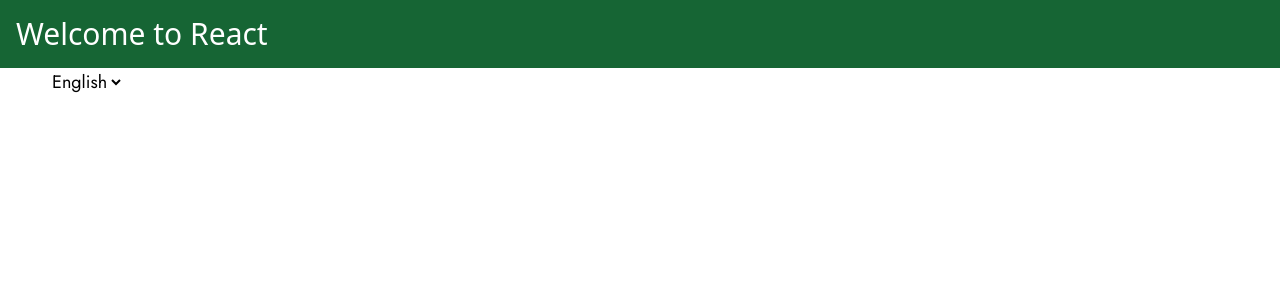
Repository: SaadYasin/react-internationalization
Page: /
An editor plug-in stored every save of this project. The page is shown before and after the next save, followed by the edit.
The browser window is 1280 px wide. The pictures show the whole page.
The project was rebuilt for these pictures with package versions that can differ from the ones it lists, and the page was loaded fresh each time. Also part of the build but not shown: vite.config.js.

Above is the page before, as saved 2024-07-19 14:20:49.

### index.html
<!doctype html>
<html lang="en">
  <head>
    <meta charset="UTF-8" />
    <link rel="icon" type="image/svg+xml" href="/vite.svg" />
    <meta name="viewport" content="width=device-width, initial-scale=1.0" />
    <title>Vite + React</title>

    <!-- FONTS -->
    <link rel="preconnect" href="https://fonts.googleapis.com">
    <link rel="preconnect" href="https://fonts.gstatic.com" crossorigin>
    <link
      href="https://fonts.googleapis.com/css2?family=Jost:ital,wght@0,100..900;1,100..900&family=Poppins:ital,wght@0,100;0,200;0,300;0,400;0,500;0,600;0,700;0,800;0,900;1,100;1,200;1,300;1,400;1,500;1,600;1,700;1,800;1,900&display=swap"
      rel="stylesheet">

  </head>
  <body>
    <div id="root"></div>
    <script type="module" src="/src/main.jsx"></script>
  </body>
</html>

### src/App.jsx
/* eslint-disable no-unused-vars */
import React, { useEffect,useState } from "react";
import i18next from '../src/utils/i18next';
import { i18n } from '../src/utils/i18next';
import { useTranslation } from 'react-i18next'
import Cookies from "js-cookie";
function App() {
  const [locale, setLocale] = useState(i18n.language);

  i18n.on("languageChanged", (lng) => {
    setLocale(i18n.language);
  })

  const handleChange = (e) => {
    i18n.changeLanguage(e.target.value);
  }
  const { t } = useTranslation();

  const lng = Cookies.get("i18next") || "en";

  useEffect(() => {
    window.document.dir = i18next.dir();
  }, [lng]);

  return (
    <>
      <div>
        <h2 className="text-3xl text-start text-white p-4 bg-green-800">
          {t("Welcome to React")}
        </h2>

        {/* Language selection */}
        <div>
          {/* <label>Locale Change</label> */}
          <select
            value={locale}
            onChange={handleChange}
            className="bg-white text-[18px] font-secondary xl:ml-12 cursor-pointer"
          >
            <option
              value="en"
              className="text-[18px] text-primary font-secondary hover:text-primary-hover"
            >
              English
            </option>

            <option
              value="ar"
              className="text-[18px] text-primary font-secondary hover:text-primary-hover"
            >
              Arabic
            </option>
          </select>
        </div>

        {/* <div className="flex justify-center gap-4 mt-10">
          <button
            onClick={() => i18next.changeLanguage("en")}
            className="text-[18px] bg-slate-800 text-white px-4 py-2 rounded-lg">English</button>


          <button
            onClick={() => i18next.changeLanguage("ar")}
            className="text-[18px] bg-slate-800 text-white px-4 py-2 rounded-lg">Arabic</button>

        </div> */}
      </div>
    </>
  );
}

export default App;

### src/index.css
@import url('https://fonts.googleapis.com/css2?family=Jost:ital,wght@0,100..900;1,100..900&family=Poppins:ital,wght@0,100;0,200;0,300;0,400;0,500;0,600;0,700;0,800;0,900;1,100;1,200;1,300;1,400;1,500;1,600;1,700;1,800;1,900&display=swap');

@tailwind base;
@tailwind components;
@tailwind utilities;

### src/utils/i18next.js
import i18n from "i18next";
import { initReactI18next } from "react-i18next";

import languageDetector from "i18next-browser-languagedetector";
import HttpApi from "i18next-http-backend";

i18n
  .use(initReactI18next)
  .use(languageDetector)
  .use(HttpApi)
  .init({
    fallbackLng: "en",
    detection: {
      order: [
        "htmlTag",
        "cookie",
        "localStorage",
        "sessionStorage",
        "navigator",
        "path",
        "subdomain",
      ],
      caches: ["cookie"],
    },
    backend: {
      loadPath: "/locale/{{lng}}/translation.json",
    },
  });

export default i18n;
export { i18n };

### tailwind.config.js
/** @type {import('tailwindcss').Config} */
export default {
  content: ["./index.html", "./src/**/*.{js,ts,jsx,tsx}"],
  theme: {
    fontFamily: {
      primary: ["Poppins", "sans-serif"],
      secondary: ["Jost", "sans-serif"],
    },
    extend: {},
  },
  plugins: [],
};

Loaded but not shown: src/main.jsx (common file)

After the next save:
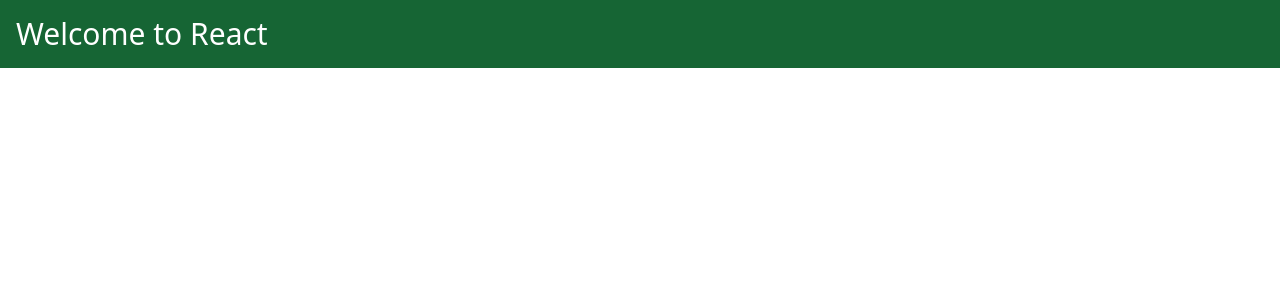
Saved 48 s later.
--- a/src/App.jsx
+++ b/src/App.jsx
@@ -30,28 +30,7 @@
         </h2>
 
         {/* Language selection */}
-        <div>
-          {/* <label>Locale Change</label> */}
-          <select
-            value={locale}
-            onChange={handleChange}
-            className="bg-white text-[18px] font-secondary xl:ml-12 cursor-pointer"
-          >
-            <option
-              value="en"
-              className="text-[18px] text-primary font-secondary hover:text-primary-hover"
-            >
-              English
-            </option>
 
-            <option
-              value="ar"
-              className="text-[18px] text-primary font-secondary hover:text-primary-hover"
-            >
-              Arabic
-            </option>
-          </select>
-        </div>
 
         {/* <div className="flex justify-center gap-4 mt-10">
           <button

After the 2 saves that followed:
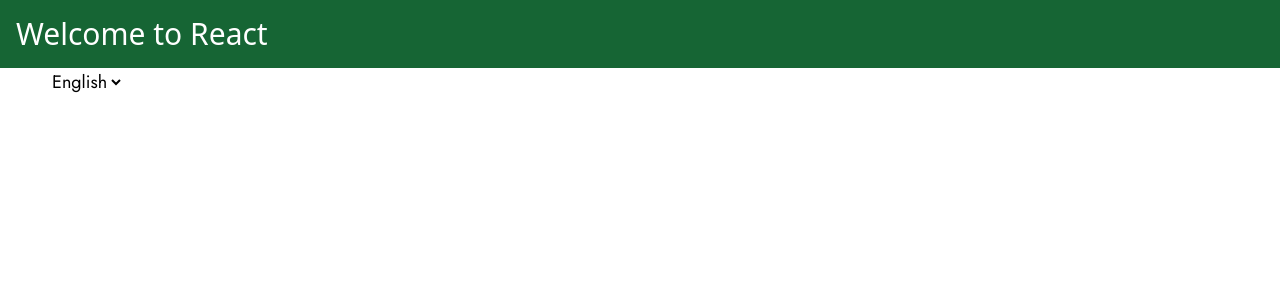
The 2 saves are shown as one change because they came seconds apart.
The last was saved 8 s later.
--- a/src/App.jsx
+++ b/src/App.jsx
@@ -29,8 +29,30 @@
           {t("Welcome to React")}
         </h2>
 
+        <div>
+          {/* <label>Locale Change</label> */}
+          <select
+            value={locale}
+            onChange={handleChange}
+            className="bg-white text-[18px] font-secondary xl:ml-12 cursor-pointer"
+          >
+            <option
+              value="en"
+              className="text-[18px] text-primary font-secondary hover:text-primary-hover"
+            >
+              English
+            </option>
+
+            <option
+              value="ar"
+              className="text-[18px] text-primary font-secondary hover:text-primary-hover"
+            >
+              Arabic
+            </option>
+          </select>
+        </div>
+
         {/* Language selection */}
-
 
         {/* <div className="flex justify-center gap-4 mt-10">
           <button
